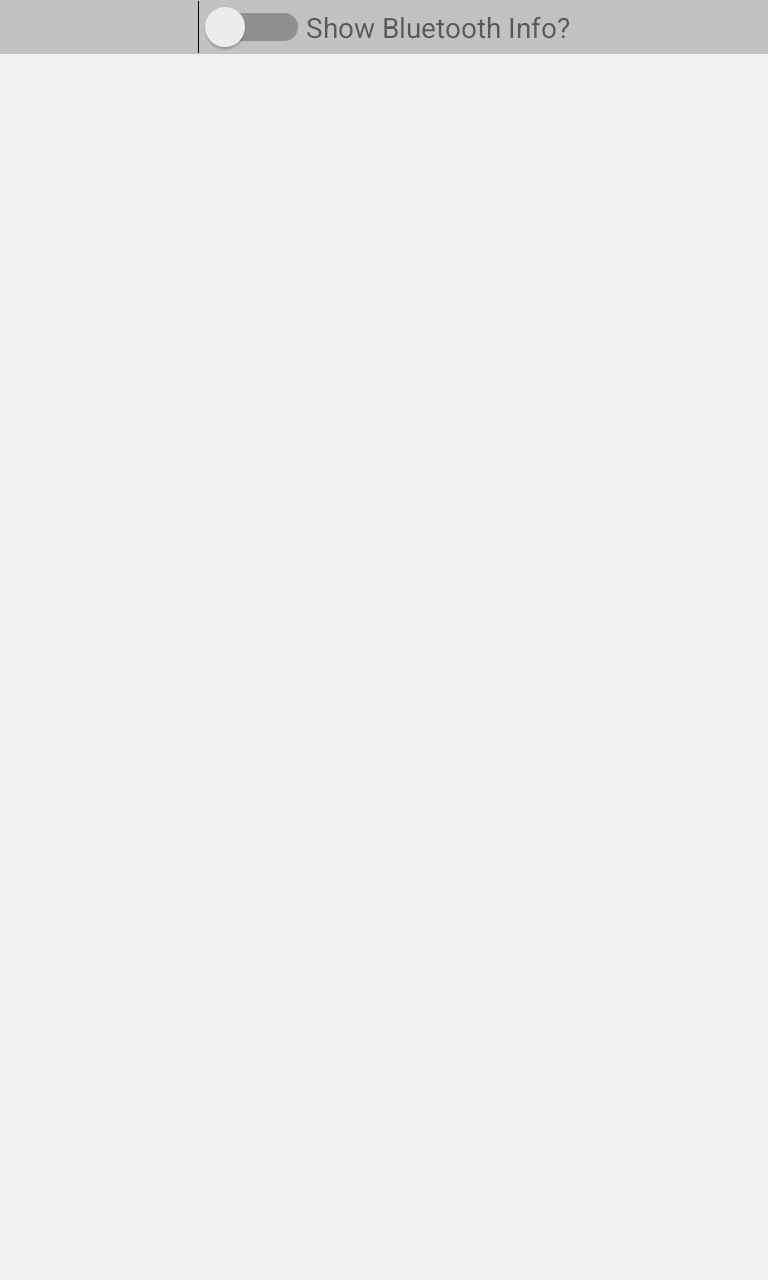
Repository: sdenom01/Anduino
Layout: Anduino/res/layout/activity_main.xml
The author's editor kept a copy of each file at every save. The layout is drawn from the files as they stood at one save, then again after the next save.
Pictures or frames that could not be fetched are drawn as grey boxes. It is drawn on a 768 x 1280 px phone screen (xhdpi) without system bars, with theme AppTheme; the app's code is not run. Lists and similar views that code fills are empty.

Above is the layout before, as saved 2014-07-08 21:46:31.

### Anduino/res/layout/activity_main.xml
<LinearLayout xmlns:android="http://schemas.android.com/apk/res/android"
    xmlns:tools="http://schemas.android.com/tools"
    android:layout_width="match_parent"
    android:layout_height="match_parent"
    android:orientation="vertical"
    tools:context="${packageName}.${activityClass}" >

    <LinearLayout
        android:id="@+id/bluetoothToggleLayout"
        android:layout_width="match_parent"
        android:layout_height="wrap_content"
        android:background="#C2C2C2"
        android:gravity="center"
        android:orientation="horizontal" >

        <Switch
            android:id="@+id/bluetoothToggle"
            android:layout_width="wrap_content"
            android:layout_height="wrap_content" />

        <TextView
            android:id="@+id/bluetoothToggleTitle"
            android:layout_width="wrap_content"
            android:layout_height="wrap_content"
            android:text="@string/ToggleBluetooth" />
    </LinearLayout>

    <!-- Bluetooth Information goes here -->

    <LinearLayout
        android:id="@+id/bluetoothInformation"
        android:layout_width="wrap_content"
        android:layout_height="wrap_content"
        android:background="#C2C2C2"
        android:orientation="vertical"
        android:visibility="gone" >

        <LinearLayout
            android:layout_width="wrap_content"
            android:layout_height="wrap_content"
            android:layout_gravity="center"
            android:orientation="horizontal" >

            <Button
                android:id="@+id/button1"
                style="?android:attr/buttonBarButtonStyle"
                android:layout_width="wrap_content"
                android:layout_height="wrap_content"
                android:clickable="true"
                android:onClick="on"
                android:text="@string/On" />

            <Button
                android:id="@+id/button2"
                style="?android:attr/buttonBarButtonStyle"
                android:layout_width="wrap_content"
                android:layout_height="wrap_content"
                android:clickable="true"
                android:onClick="off"
                android:text="@string/Off" />

            <Button
                android:id="@+id/button3"
                style="?android:attr/buttonBarButtonStyle"
                android:layout_width="wrap_content"
                android:layout_height="wrap_content"
                android:clickable="true"
                android:onClick="visible"
                android:text="@string/Visible" />

            <Button
                android:id="@+id/button4"
                style="?android:attr/buttonBarButtonStyle"
                android:layout_width="wrap_content"
                android:layout_height="wrap_content"
                android:clickable="true"
                android:onClick="list"
                android:text="@string/List" />
        </LinearLayout>

        <LinearLayout
            android:layout_width="wrap_content"
            android:layout_height="wrap_content"
            android:orientation="horizontal" >

            <ListView
                android:id="@+id/listView1"
                android:layout_width="wrap_content"
                android:layout_height="wrap_content" />
        </LinearLayout>
    </LinearLayout>

    <!-- Color Picker will go here -->

    <LinearLayout
        android:id="@+id/colorPicker"
        android:layout_width="match_parent"
        android:layout_height="match_parent"
        android:background="#f0f0f0"
        android:orientation="horizontal" >
    </LinearLayout>

</LinearLayout>

### Anduino/res/values/strings.xml
<?xml version="1.0" encoding="utf-8"?>
<resources>

    <string name="app_name">Anduino</string>
    <string name="On">On</string>
    <string name="Off">Off</string>
    <string name="Visible">Visible</string>
    <string name="List">List</string>
    <string name="ToggleBluetooth">Show Bluetooth Info?</string>
</resources>

Loaded but not shown: Anduino/res/values/styles.xml (common file); Anduino/res/values-v11/styles.xml (common file); Anduino/res/values-v14/styles.xml (common file)

After the next save:
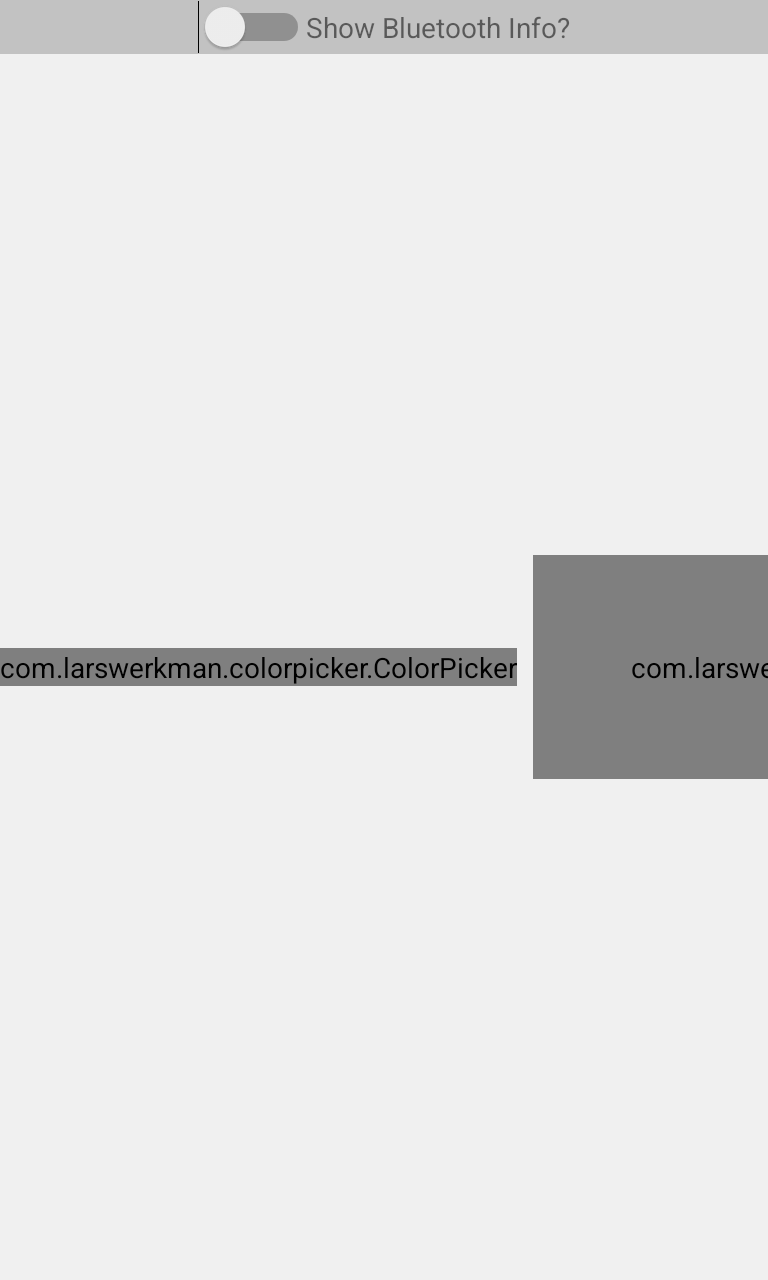
Saved 102 s later.
--- a/Anduino/res/layout/activity_main.xml
+++ b/Anduino/res/layout/activity_main.xml
@@ -98,6 +98,26 @@
         android:layout_height="match_parent"
         android:background="#f0f0f0"
         android:orientation="horizontal" >
+
+        <com.larswerkman.colorpicker.ColorPicker
+            android:id="@+id/picker"
+            android:layout_width="wrap_content"
+            android:layout_height="wrap_content"
+            android:layout_gravity="center" />
+
+        <com.larswerkman.colorpicker.SVBar
+            android:id="@+id/svbar"
+            android:layout_width="322dp"
+            android:layout_height="112dp"
+            android:layout_gravity="center"
+            android:layout_margin="8dip" />
+
+        <com.larswerkman.colorpicker.OpacityBar
+            android:id="@+id/opacitybar"
+            android:layout_width="322dp"
+            android:layout_height="112dp"
+            android:layout_gravity="center"
+            android:layout_margin="8dip" />
     </LinearLayout>
 
 </LinearLayout>
